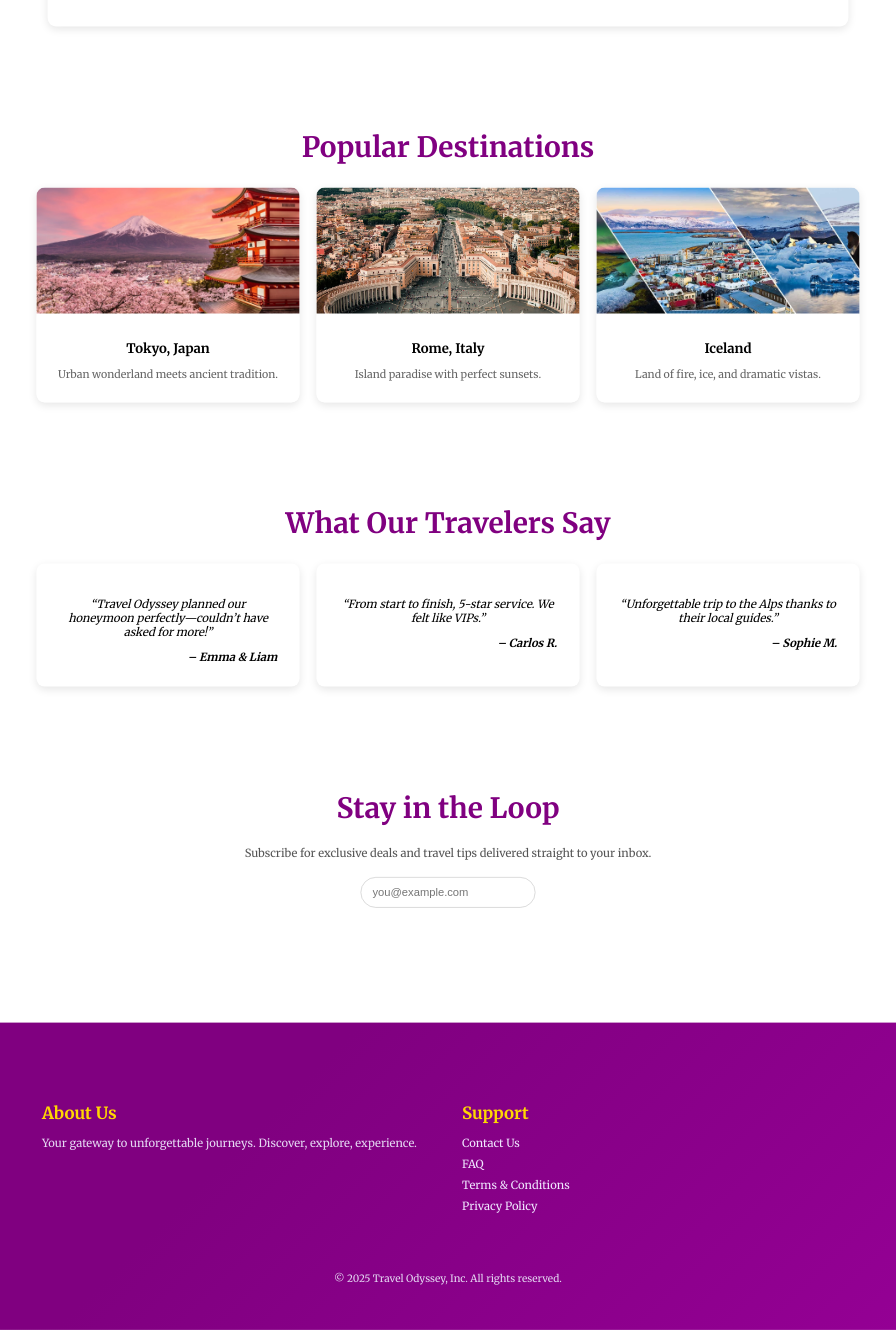
Repository: GHzPhoenix/Project-Odyssey
Page: Frontend/index.html
An editor plug-in stored every save of this project. The page is shown before and after the next save, followed by the edit.
The browser window is 1280 px wide. The pictures show the part of the page from y = 1417 to 3337 px (the page is 3317 px tall before and 3337 px after), at 70% of full size.

Above is the page before, as saved 2025-06-09 01:55:10.

### Frontend/index.html
<!DOCTYPE html>
<html lang="en">
  <head>
    <meta charset="UTF-8" />
    <meta name="viewport" content="width=device-width, initial-scale=1.0" />
    <title>Travel Odyssey</title>
    <link rel="stylesheet" href="/Frontend/css/style.css" />
    <link rel="preconnect" href="https://fonts.googleapis.com" />
    <link rel="preconnect" href="https://fonts.gstatic.com" crossorigin />
    <link
      href="https://fonts.googleapis.com/css2?family=Merriweather:wght@300;400;700;900&display=swap"
      rel="stylesheet"
    />
  </head>
  <body>
    <header>
      <nav>
        <div class="logo">
          <img src="/Frontend/assets/your-logo.png" alt="Logo" />
          Travel Odyssey
        </div>
        <button
          class="menu-toggle"
          aria-label="Toggle navigation"
          onclick="toggleMenu()"
        >
          <div></div>
          <div></div>
          <div></div>
        </button>
        <ul class="nav-menu">
          <li><a href="index.html" class="active">Home</a></li>
          <li><a href="deals.html">Deals</a></li>
          <li class="dropdown-parent">
            <a href="#">Services ▼</a>
            <div class="dropdown">
              <a href="membership.html">Memberships</a>
              <a href="dream.html">Plan Your Trip</a>
              <a href="client-area.html">Client Area</a>
            </div>
          </li>
          <li><a href="contact.html">Contact</a></li>
          <li><a href="signup.html" class="signup-btn">Sign Up</a></li>
        </ul>
      </nav>
    </header>

    <main>
      <section class="hero">
        <div class="hero-content">
          <h1>Your Adventure Begins Here</h1>
          <p>
            Hand-crafted itineraries, exclusive insider access, and 24/7 support
            wherever you roam.
          </p>
          <div class="hero-buttons">
            <a href="deals.html" class="signup-btn">Browse Deals</a>
            <a href="dream.html" class="signup-btn">Plan Your Trip</a>
          </div>
        </div>
      </section>

      <section class="features">
        <h2>Why Choose Us</h2>
        <div class="feature-cards">
          <div class="feature-card">
            <img src="/Frontend/assets/travel.jpg" alt="Expert Guides" />
            <h3>Expert Guides</h3>
            <p>
              Local experts to unlock hidden gems and authentic experiences.
            </p>
          </div>
          <div class="feature-card">
            <img src="/Frontend/assets/travel2.jpg" alt="Custom Itineraries" />
            <h3>Custom Itineraries</h3>
            <p>Trips tailored exactly to your interests, pace, and budget.</p>
          </div>
          <div class="feature-card">
            <img src="/Frontend/assets/avatar.jpg" alt="24/7 Support" />
            <h3>24/7 Support</h3>
            <p>We’ve got your back—day or night, wherever you are.</p>
          </div>
        </div>
      </section>

      <section class="popular">
        <h2>Popular Destinations</h2>
        <div class="popular-cards">
          <div class="popular-card">
            <img src="/Frontend/assets/tokyo.jpg" alt="Tokyo" />
            <div class="card-info">
              <h3>Tokyo, Japan</h3>
              <p>Urban wonderland meets ancient tradition.</p>
            </div>
          </div>
          <div class="popular-card">
            <img src="/Frontend/assets/rome.jpg" alt="Bali" />
            <div class="card-info">
              <h3>Rome, Italy</h3>
              <p>Island paradise with perfect sunsets.</p>
            </div>
          </div>
          <div class="popular-card">
            <img src="/Frontend/assets/iceland.jpg" alt="Iceland" />
            <div class="card-info">
              <h3>Iceland</h3>
              <p>Land of fire, ice, and dramatic vistas.</p>
            </div>
          </div>
        </div>
      </section>

      <section class="testimonials">
        <h2>What Our Travelers Say</h2>
        <div class="testimonial-cards">
          <div class="testimonial-card">
            <p>
              “Travel Odyssey planned our honeymoon perfectly—couldn’t have
              asked for more!”
            </p>
            <span>– Emma & Liam</span>
          </div>
          <div class="testimonial-card">
            <p>“From start to finish, 5-star service. We felt like VIPs.”</p>
            <span>– Carlos R.</span>
          </div>
          <div class="testimonial-card">
            <p>
              “Unforgettable trip to the Alps thanks to their local guides.”
            </p>
            <span>– Sophie M.</span>
          </div>
        </div>
      </section>

      <section class="newsletter">
        <h2>Stay in the Loop</h2>
        <p>
          Subscribe for exclusive deals and travel tips delivered straight to
          your inbox.
        </p>
        <form id="newsletter-form">
          <input type="email" placeholder="you@example.com" required />
          <button class="signup-btn" type="submit">Subscribe</button>
        </form>
      </section>
    </main>

    <footer class="footer">
      <div class="footer-container">
        <div class="footer-section">
          <h3>About Us</h3>
          <p>
            Your gateway to unforgettable journeys. Discover, explore,
            experience.
          </p>
        </div>
        <div class="footer-section">
          <h3>Support</h3>
          <ul>
            <li><a href="contact.html">Contact Us</a></li>
            <li><a href="faq.html">FAQ</a></li>
            <li><a href="terms.html">Terms & Conditions</a></li>
            <li><a href="privacy.html">Privacy Policy</a></li>
          </ul>
        </div>
      </div>
      <div class="footer-bottom">
        <p>© 2025 Travel Odyssey, Inc. All rights reserved.</p>
      </div>
    </footer>

    <script>
      function toggleMenu() {
        document.querySelector(".nav-menu").classList.toggle("active");
      }
      document
        .getElementById("newsletter-form")
        .addEventListener("submit", (e) => {
          e.preventDefault();
          alert("Thanks for subscribing!");
          e.target.reset();
        });
    </script>
  </body>
</html>

Loaded but not shown: Frontend/css/style.css (1258 lines, source omitted)

After the next save:
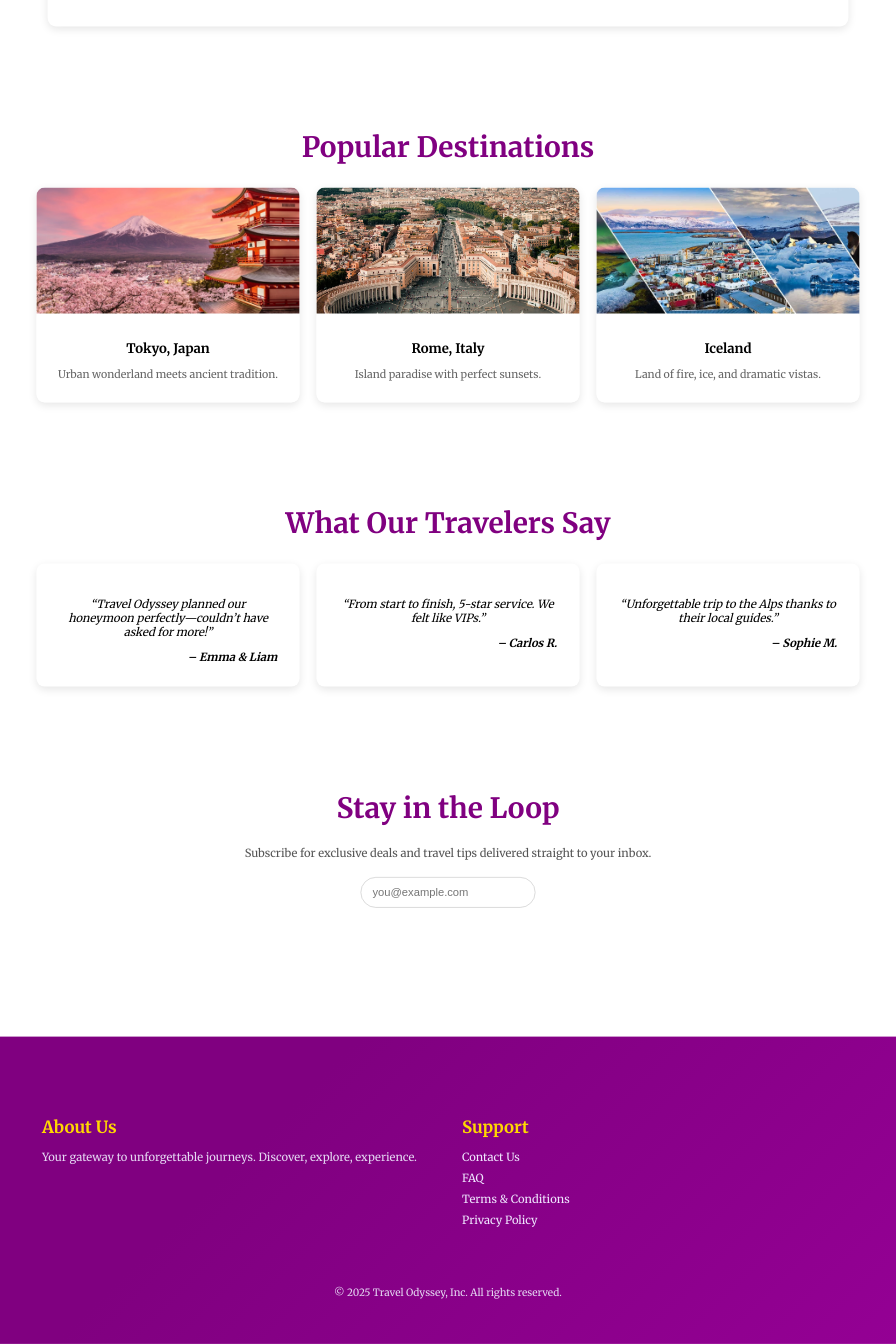
Saved 39 s later.
--- a/Frontend/index.html
+++ b/Frontend/index.html
@@ -141,7 +141,7 @@
         </p>
         <form id="newsletter-form">
           <input type="email" placeholder="you@example.com" required />
-          <button class="signup-btn" type="submit">Subscribe</button>
+          <button class="submit" type="submit">Subscribe</button>
         </form>
       </section>
     </main>
